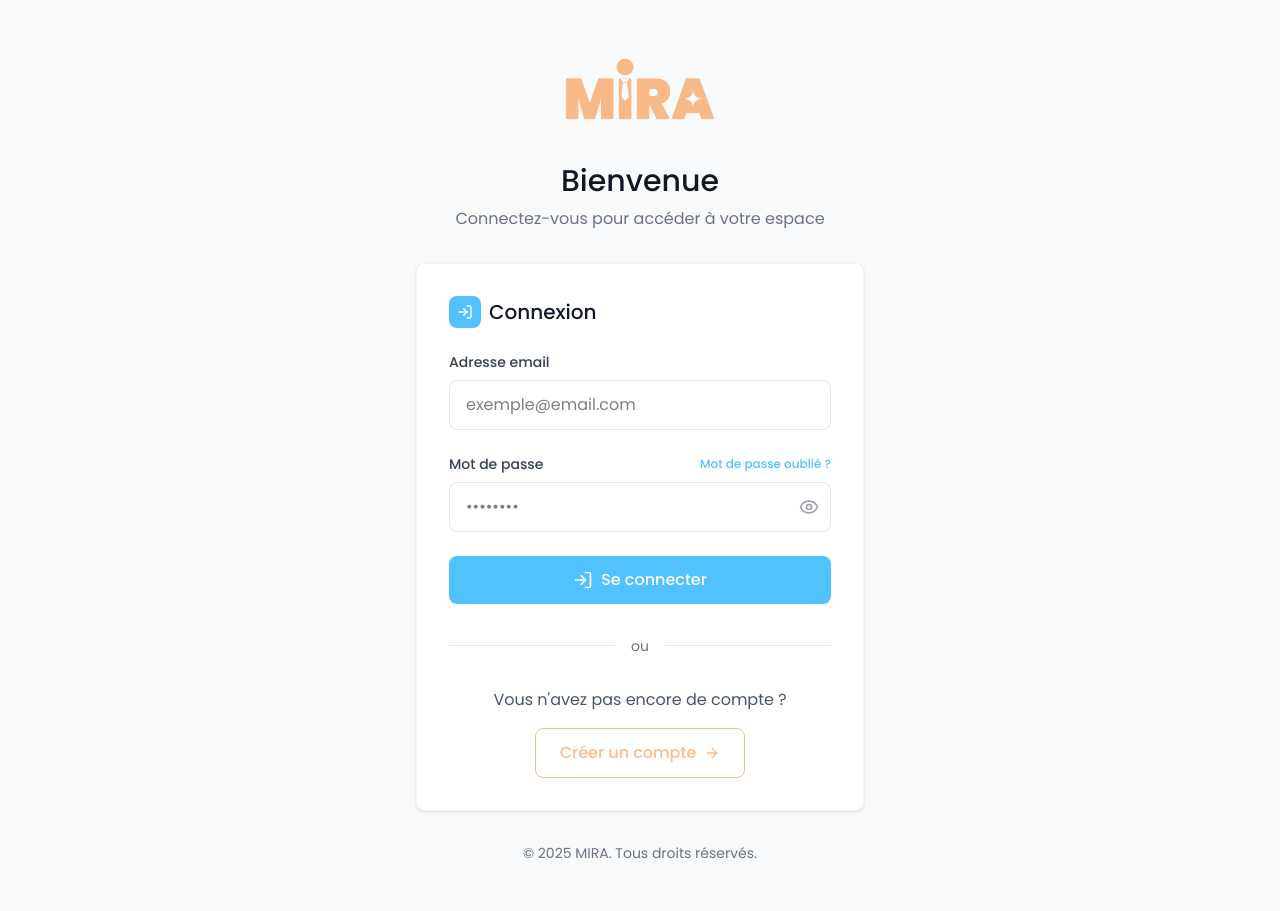
Repository: vladimirmoulart/mira-website
Page: /connexion
The author's editor kept a copy of each file at every save. The page is drawn from the files as they stood at one save, then again after the next save.
The browser window is 1280 px wide. The pictures show the whole page.
The page's requests for data from a server got no answer. The project was rebuilt for these pictures with package versions that can differ from the ones it lists, and the page was loaded fresh each time. The framework's server and built-in components were replaced by stand-ins that run in the browser. No one was signed in, and anything a server would have sent is missing. Also part of the build but not shown: next.config.ts.

Above is the page before, as saved 2025-06-03 22:47:07.

### src/app/connexion/page.tsx
"use client"

import type React from "react"

import { useState } from "react"
import Link from "next/link"
import Image from "next/image"
import { supabase } from "../../../lib/supabaseClient"
import { Eye, EyeOff, LogIn, AlertCircle, CheckCircle, Loader2, ArrowRight } from "lucide-react"

export default function Connexion() {
  const [email, setEmail] = useState("")
  const [password, setPassword] = useState("")
  const [errorMessage, setErrorMessage] = useState("")
  const [successMessage, setSuccessMessage] = useState("")
  const [isLoading, setIsLoading] = useState(false)
  const [showPassword, setShowPassword] = useState(false)

  const handleSubmit = async (e: React.FormEvent) => {
    e.preventDefault()
    setErrorMessage("")
    setSuccessMessage("")
    setIsLoading(true)

    try {
      const { data, error } = await supabase.auth.signInWithPassword({
        email,
        password,
      })

      if (error) {
        setErrorMessage(error.message)
        return
      }

      setSuccessMessage("Connexion réussie ! Redirection...")

      setTimeout(() => {
        window.location.href = "/dashboard/feed"
      }, 1500)
    } catch (error) {
      setErrorMessage("Une erreur inattendue s'est produite. Veuillez réessayer.")
      console.error("Login error:", error)
    } finally {
      setIsLoading(false)
    }
  }

  return (
    <div className="min-h-screen bg-gray-50 flex flex-col items-center justify-center px-4 py-12">
      <div className="w-full max-w-md">
        {/* Logo and header */}
        <div className="text-center mb-8">
          <div className="flex justify-center mb-6">
            <Image src="/images/logo-mira.png" alt="Logo MIRA" width={150} height={150} priority />
          </div>
          <h1 className="text-3xl font-medium text-gray-900">Bienvenue</h1>
          <p className="text-gray-500 mt-2">Connectez-vous pour accéder à votre espace</p>
        </div>

        {/* Card */}
        <div className="bg-white rounded-lg shadow-sm border border-gray-100 p-8">
          <h2 className="text-xl font-medium text-gray-900 mb-6 flex items-center gap-2">
            <div className="w-8 h-8 bg-[#52c1ff] rounded-lg flex items-center justify-center">
              <LogIn className="w-4 h-4 text-white" />
            </div>
            Connexion
          </h2>

          {/* Status messages */}
          {successMessage && (
            <div className="mb-6 p-4 bg-green-50 rounded-lg flex items-center gap-3 border border-green-200">
              <CheckCircle className="w-5 h-5 text-green-500 flex-shrink-0" />
              <p className="text-green-800 text-sm">{successMessage}</p>
            </div>
          )}

          {errorMessage && (
            <div className="mb-6 p-4 bg-red-50 rounded-lg flex items-center gap-3 border border-red-200">
              <AlertCircle className="w-5 h-5 text-red-500 flex-shrink-0" />
              <p className="text-red-800 text-sm">{errorMessage}</p>
            </div>
          )}

          {/* Form */}
          <form onSubmit={handleSubmit} className="space-y-6">
            <div className="space-y-2">
              <label htmlFor="email" className="block text-sm font-medium text-gray-700">
                Adresse email
              </label>
              <input
                id="email"
                type="email"
                placeholder="exemple@email.com"
                required
                value={email}
                onChange={(e) => setEmail(e.target.value)}
                className="w-full px-4 py-3 border border-gray-200 rounded-lg focus:outline-none focus:ring-2 focus:ring-[#52c1ff] focus:border-transparent transition-all"
                disabled={isLoading}
              />
            </div>

            <div className="space-y-2">
              <div className="flex items-center justify-between">
                <label htmlFor="password" className="block text-sm font-medium text-gray-700">
                  Mot de passe
                </label>
                <Link
                  href="/mot-de-passe-oublie"
                  className="text-xs font-medium text-[#52c1ff] hover:text-[#52c1ff]/80 transition-colors"
                >
                  Mot de passe oublié ?
                </Link>
              </div>
              <div className="relative">
                <input
                  id="password"
                  type={showPassword ? "text" : "password"}
                  placeholder="••••••••"
                  required
                  value={password}
                  onChange={(e) => setPassword(e.target.value)}
                  className="w-full px-4 py-3 border border-gray-200 rounded-lg focus:outline-none focus:ring-2 focus:ring-[#52c1ff] focus:border-transparent transition-all pr-10"
                  disabled={isLoading}
                />
                <button
                  type="button"
                  onClick={() => setShowPassword(!showPassword)}
                  className="absolute right-3 top-1/2 transform -translate-y-1/2 text-gray-400 hover:text-gray-600 transition-colors"
                  tabIndex={-1}
                >
                  {showPassword ? <EyeOff className="w-5 h-5" /> : <Eye className="w-5 h-5" />}
                </button>
              </div>
            </div>

            <button
              type="submit"
              disabled={isLoading}
              className="w-full py-3 px-4 bg-[#52c1ff] hover:bg-[#52c1ff]/90 text-white font-medium rounded-lg transition-colors flex items-center justify-center gap-2 disabled:opacity-50 disabled:cursor-not-allowed"
            >
              {isLoading ? (
                <>
                  <Loader2 className="w-5 h-5 animate-spin" />
                  Connexion en cours...
                </>
              ) : (
                <>
                  <LogIn className="w-5 h-5" />
                  Se connecter
                </>
              )}
            </button>
          </form>

          {/* Divider */}
          <div className="relative my-8">
            <div className="absolute inset-0 flex items-center">
              <div className="w-full border-t border-gray-200"></div>
            </div>
            <div className="relative flex justify-center text-sm">
              <span className="px-4 bg-white text-gray-500">ou</span>
            </div>
          </div>

          {/* Registration link */}
          <div className="text-center">
            <p className="text-gray-600 mb-4">Vous n'avez pas encore de compte ?</p>
            <Link
              href="/inscription"
              className="inline-flex items-center justify-center gap-2 py-3 px-6 bg-white border border-[#ffbb88] text-[#ffbb88] font-medium rounded-lg hover:bg-[#ffbb88] hover:text-white transition-all duration-300"
            >
              Créer un compte
              <ArrowRight className="w-4 h-4" />
            </Link>
          </div>
        </div>

        {/* Footer */}
        <div className="mt-8 text-center text-sm text-gray-500">
          <p>© {new Date().getFullYear()} MIRA. Tous droits réservés.</p>
        </div>
      </div>
    </div>
  )
}

### src/app/globals.css
@import "tailwindcss";

:root {
  --background: #ffffff;
  --foreground: black;
}

@theme inline {
  --color-background: var(--background);
  --color-foreground: var(--foreground);
  --font-sans: var(--font-geist-sans);
  --font-mono: var(--font-geist-mono);
}

@media (prefers-color-scheme: dark) {
  :root {
    --background: #ffffff;
    --foreground: black;
  }
}

body {
  background: var(--background);
  color: var(--foreground);
  font-family: var(--font-poppins), sans-serif;
}

### lib/supabaseClient.ts
// lib/supabaseClient.ts
import { createPagesBrowserClient } from '@supabase/auth-helpers-nextjs'

const supabaseUrl = process.env.NEXT_PUBLIC_SUPABASE_URL!
const supabaseAnonKey = process.env.NEXT_PUBLIC_SUPABASE_ANON_KEY!

export const supabase = createPagesBrowserClient()

Loaded but not shown: src/app/layout.tsx (common file)

After the next save:
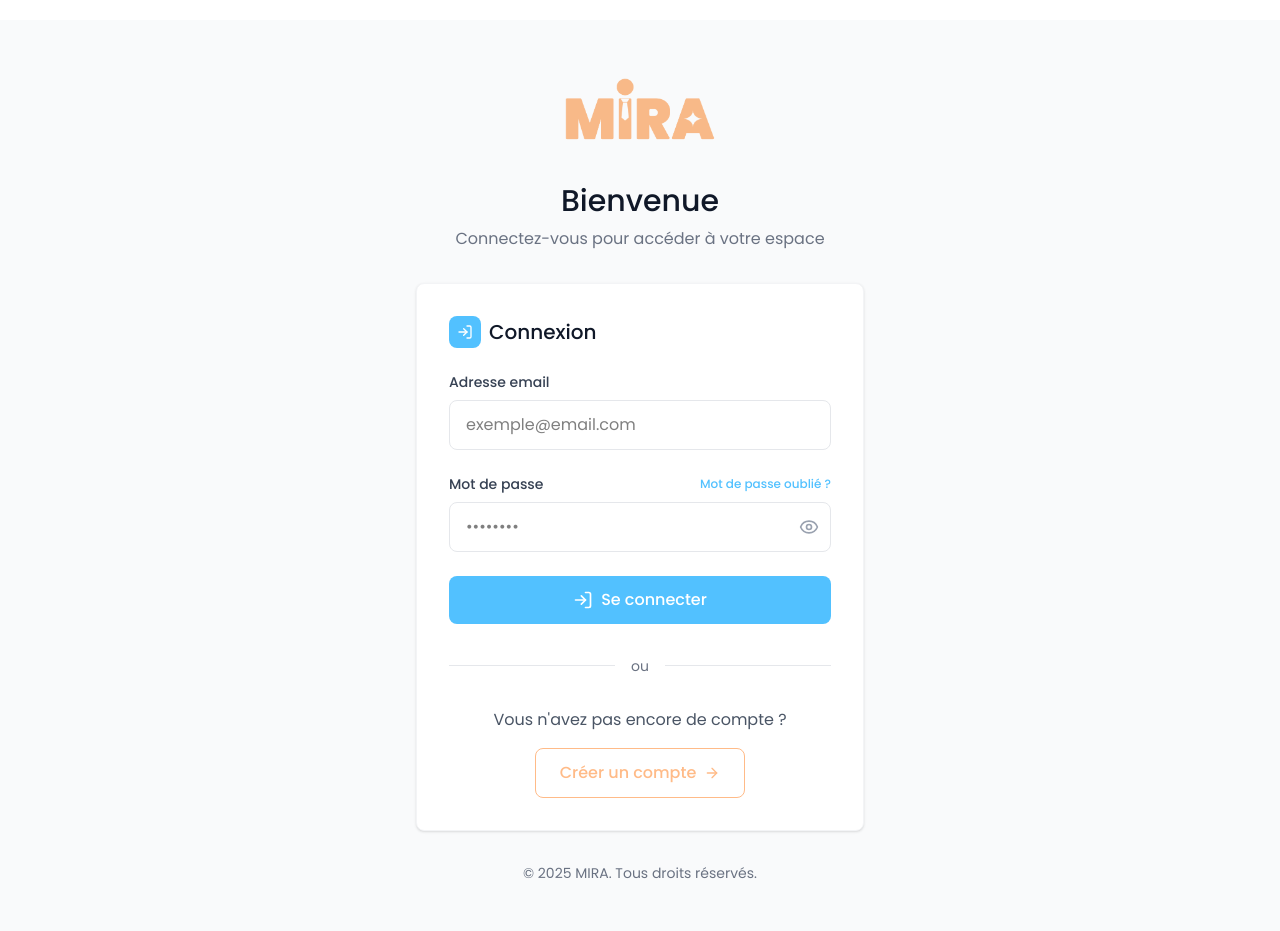
Saved 40 s later.
--- a/src/app/connexion/page.tsx
+++ b/src/app/connexion/page.tsx
@@ -47,7 +47,7 @@
   }
 
   return (
-    <div className="min-h-screen bg-gray-50 flex flex-col items-center justify-center px-4 py-12">
+    <div className="min-h-screen bg-gray-50 mt-5 flex flex-col items-center justify-center px-4 py-12">
       <div className="w-full max-w-md">
         {/* Logo and header */}
         <div className="text-center mb-8">

After the save that followed:
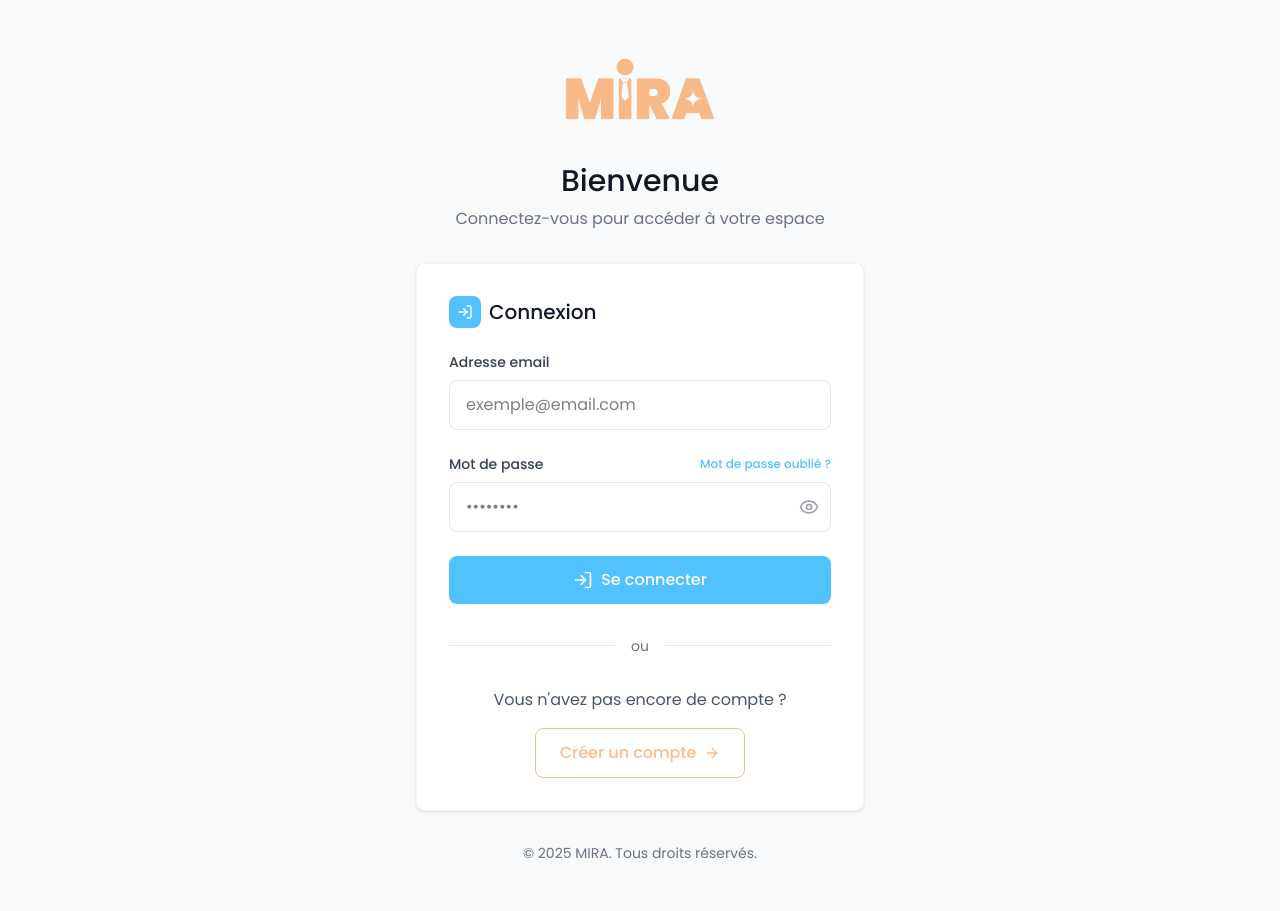
Saved 6 s later.
--- a/src/app/connexion/page.tsx
+++ b/src/app/connexion/page.tsx
@@ -47,7 +47,7 @@
   }
 
   return (
-    <div className="min-h-screen bg-gray-50 mt-5 flex flex-col items-center justify-center px-4 py-12">
+    <div className="min-h-screen bg-gray-50 mt--5 flex flex-col items-center justify-center px-4 py-12">
       <div className="w-full max-w-md">
         {/* Logo and header */}
         <div className="text-center mb-8">
